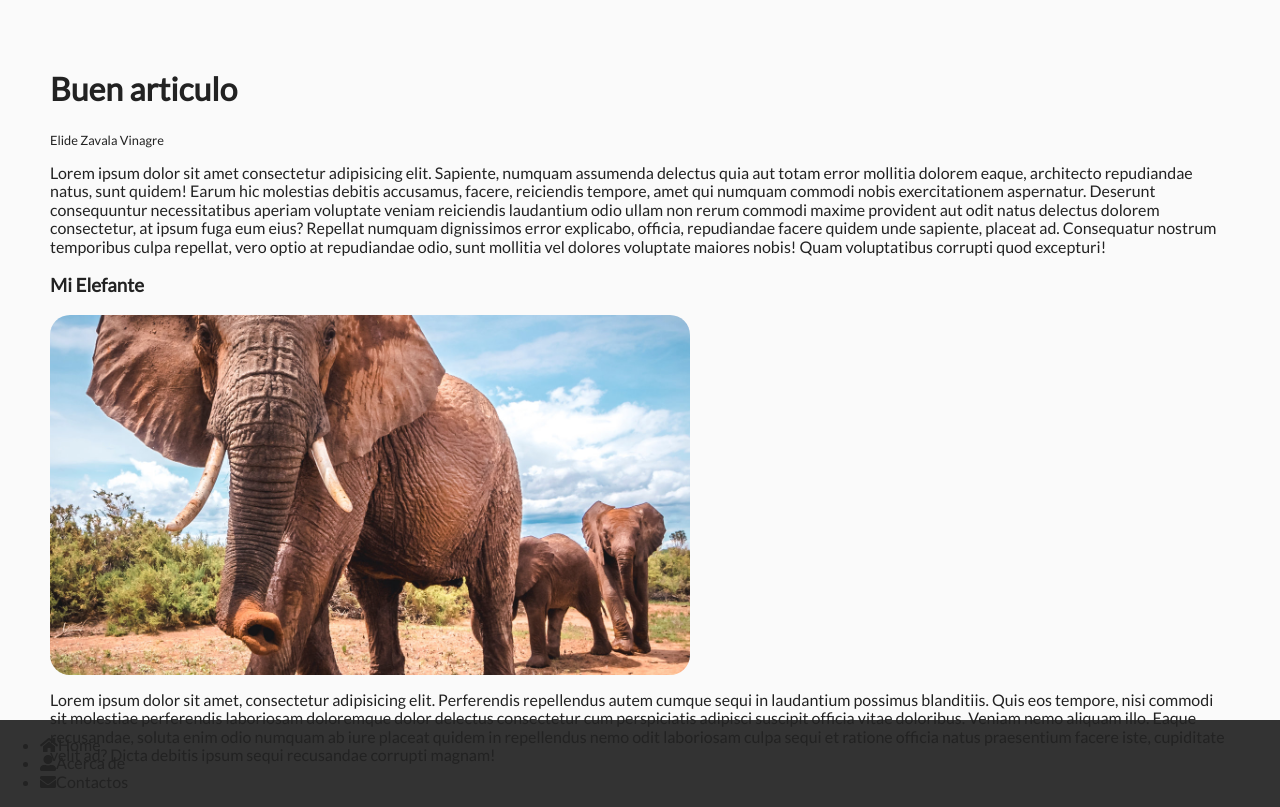
Repository: ElideZavala/Navagacion-en-rotacion
Page: index.html
An editor plug-in stored every save of this project. The page is shown before and after the next save, followed by the edit.
The browser window is 1280 px wide. The pictures show the whole page.

Above is the page before, as saved 2021-05-29 09:00:14.

After the next save:
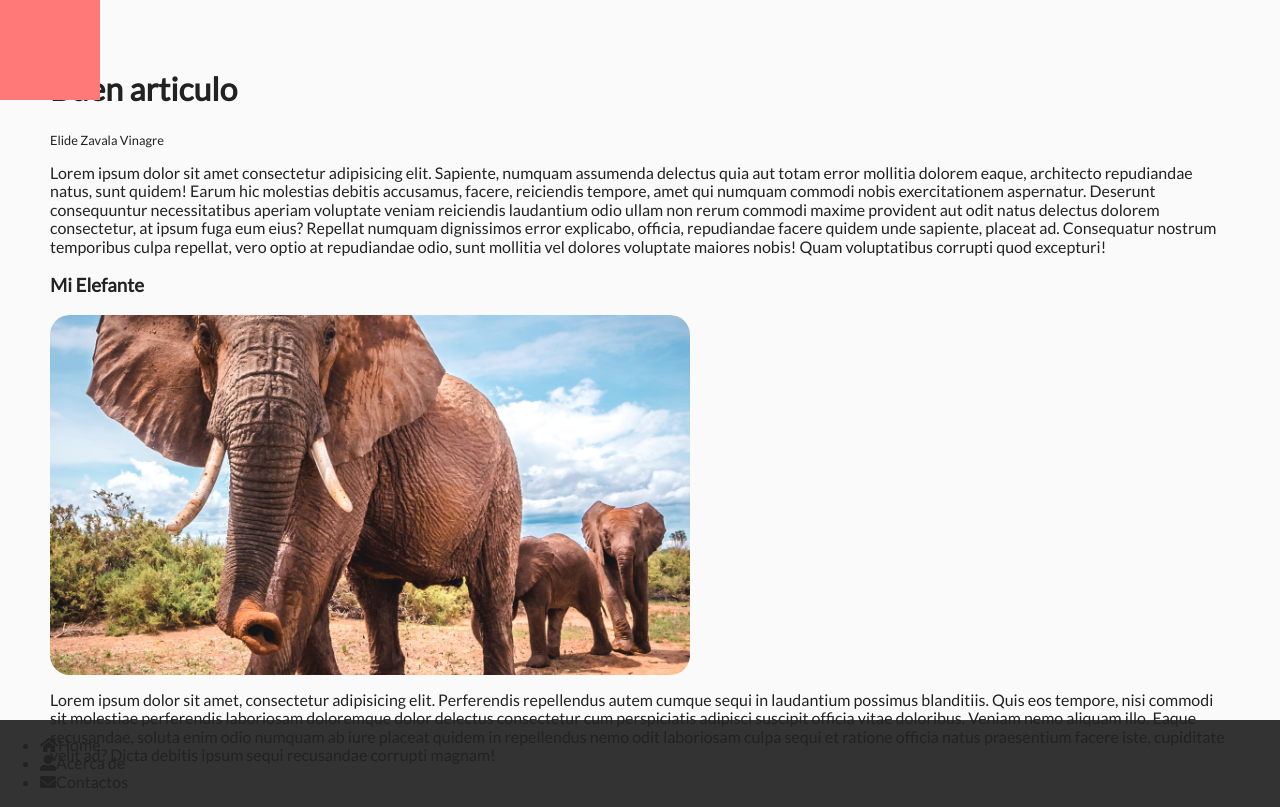
Saved 4 min 56 s later.
--- a/style.css
+++ b/style.css
@@ -35,7 +35,12 @@ body {
 
 .circle-container {
 	position: fixed;
-	background-color: red;
 	top: -100px;
 	left: -100px;
 }
+
+.circle {
+	background-color: #ff7979;
+	height: 200px;
+	width: 200px;
+}
